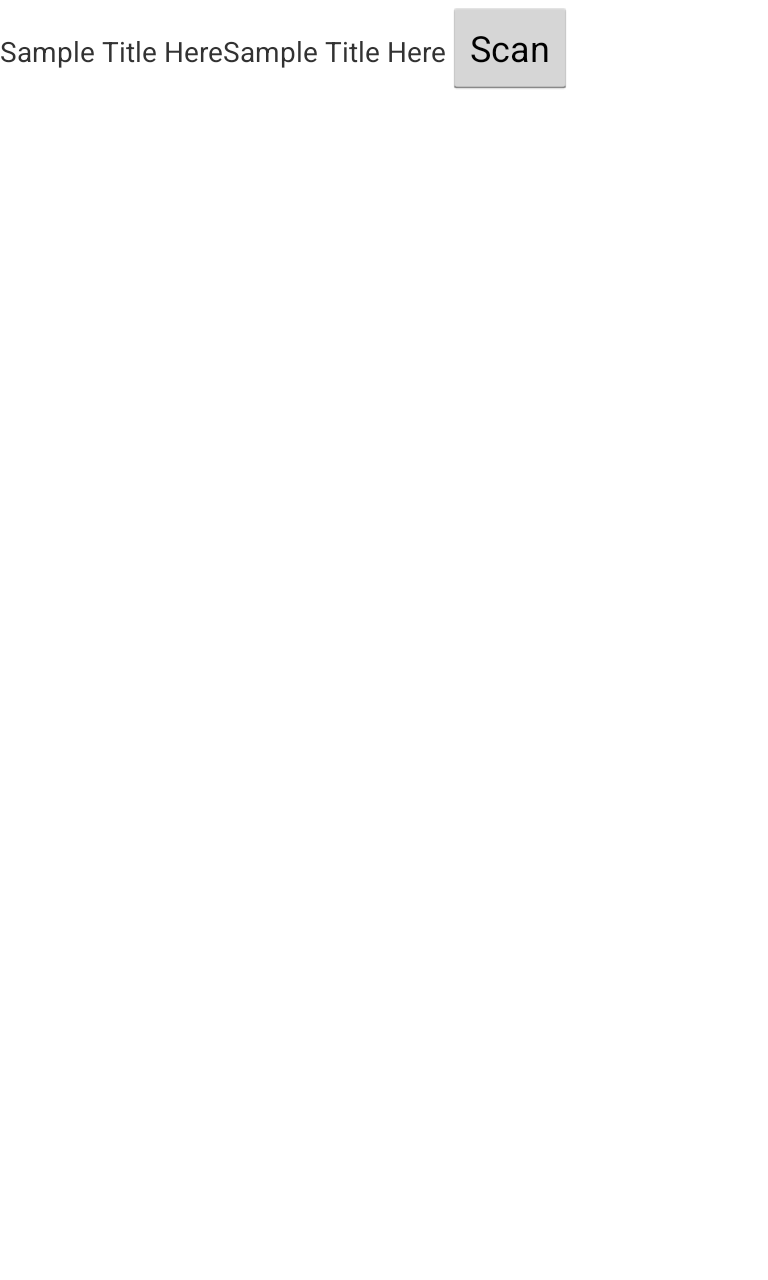
Repository: harvard-lil/wtwba-android-app
Layout: wtwba/res/layout/activity_item_details.xml
These files come from the project's save history. The layout is drawn as it stood at one moment and after the next save; the edit follows.
It is drawn on a 768 x 1280 px phone screen (xhdpi) without system bars, with theme AppTheme; the app's code is not run.

Above is the layout before, as saved 2013-03-05 20:11:59.

### wtwba/res/layout/activity_item_details.xml
<?xml version="1.0" encoding="utf-8"?>
<LinearLayout xmlns:android="http://schemas.android.com/apk/res/android"
    xmlns:tools="http://schemas.android.com/tools"
    android:layout_width="match_parent"
    android:layout_height="match_parent"
    android:orientation="horizontal">

    <TextView
        android:id="@+id/title_details"
        android:layout_width="wrap_content"
        android:layout_height="wrap_content"
        android:text="@string/title_holder"
         />
    <TextView
        android:id="@+id/due_details"
        android:layout_width="wrap_content"
        android:layout_height="wrap_content"
        android:text="@string/title_holder"
         />
    <Button
        android:layout_width="wrap_content"
        android:layout_height="wrap_content"
        android:text="@string/button_scan"
    	android:onClick="addItem" />
</LinearLayout>

### wtwba/res/values/strings.xml
<?xml version="1.0" encoding="utf-8"?>
<resources>

    <string name="app_name">wtwba</string>
    <string name="edit_message">Enter a message</string>
    <string name="button_scan">Scan</string>
    <string name="menu_settings">Settings</string>
    <string name="title_activity_main">MainActivity</string>
    <string name="hello_world">Hello world!</string>
    <string name="title_holder">Sample Title Here</string>
    <string name="connection_error">Unable to connect to network</string>
    <string name="title_activity_display_message">DisplayMessageActivity</string>

</resources>

Loaded but not shown: wtwba/res/values-v11/styles.xml (common file); wtwba/res/values-v14/styles.xml (common file); wtwba/res/values/styles.xml (common file)

After the next save:
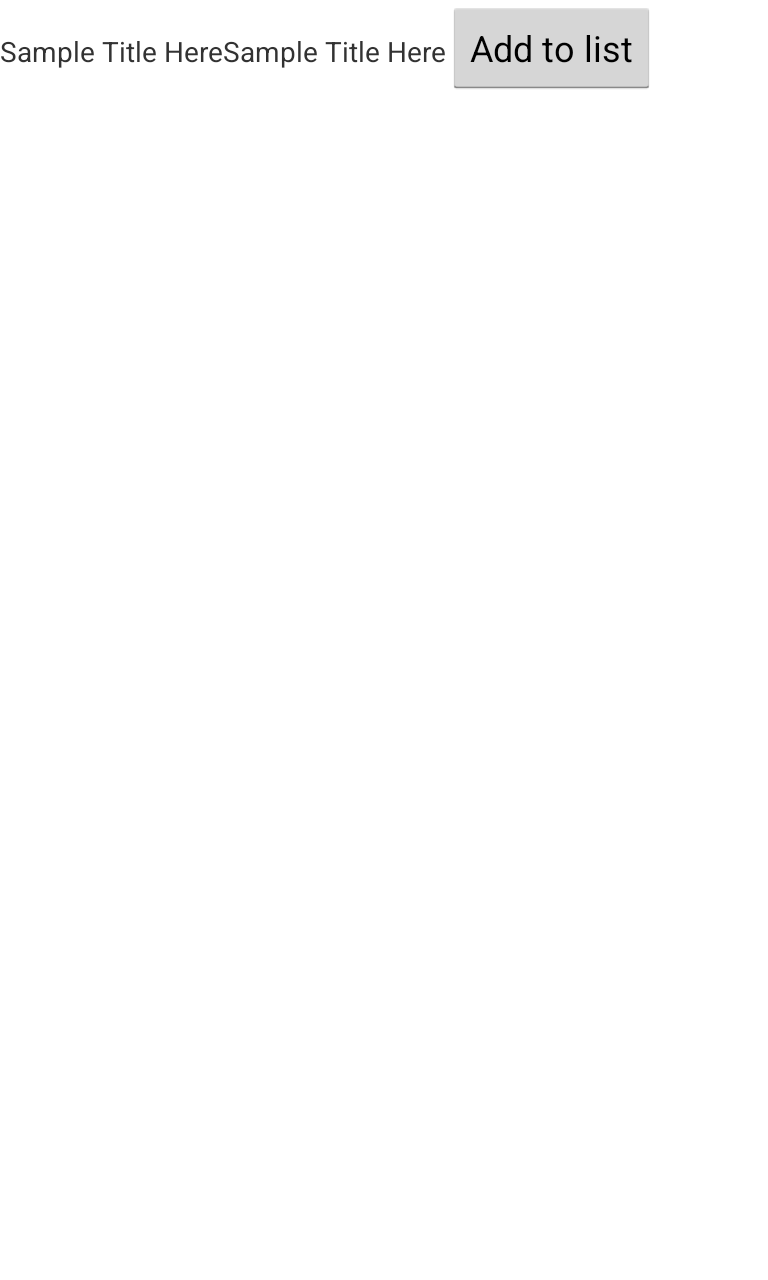
Saved 4 min 54 s later.
--- a/wtwba/res/values/strings.xml
+++ b/wtwba/res/values/strings.xml
@@ -4,6 +4,7 @@
     <string name="app_name">wtwba</string>
     <string name="edit_message">Enter a message</string>
     <string name="button_scan">Scan</string>
+    <string name="button_scan">Add to list</string>
     <string name="menu_settings">Settings</string>
     <string name="title_activity_main">MainActivity</string>
     <string name="hello_world">Hello world!</string>

After the save that followed:
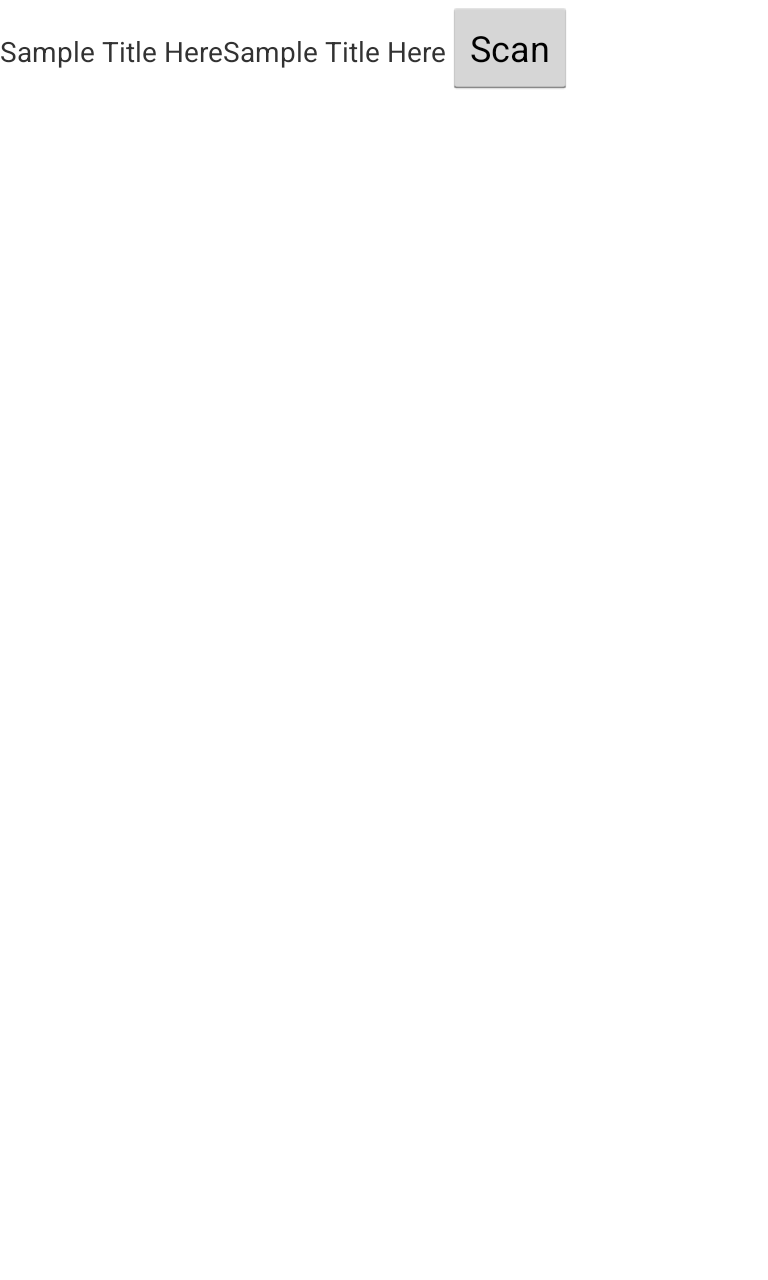
Saved 5 s later.
--- a/wtwba/res/values/strings.xml
+++ b/wtwba/res/values/strings.xml
@@ -4,7 +4,7 @@
     <string name="app_name">wtwba</string>
     <string name="edit_message">Enter a message</string>
     <string name="button_scan">Scan</string>
-    <string name="button_scan">Add to list</string>
+    <string name="button_add">Add to list</string>
     <string name="menu_settings">Settings</string>
     <string name="title_activity_main">MainActivity</string>
     <string name="hello_world">Hello world!</string>
